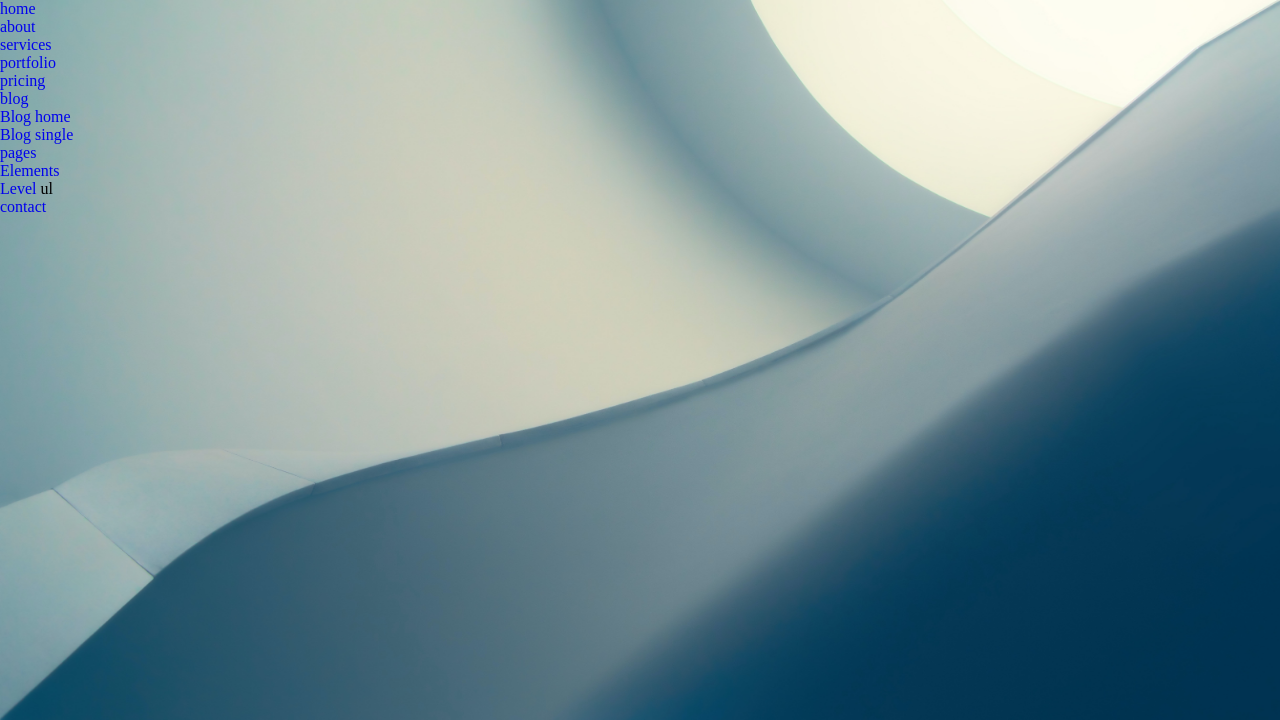
Repository: mdaj6804gmail/1-page-web-theme
Page: project 4/index.html
The author's editor kept a copy of each file at every save. The page is drawn from the files as they stood at one save, then again after a run of saves.
The browser window is 1280 px wide. The pictures show the whole page.

Above is the page before, as saved 2022-12-18 18:36:59.

After the next 5 saves:
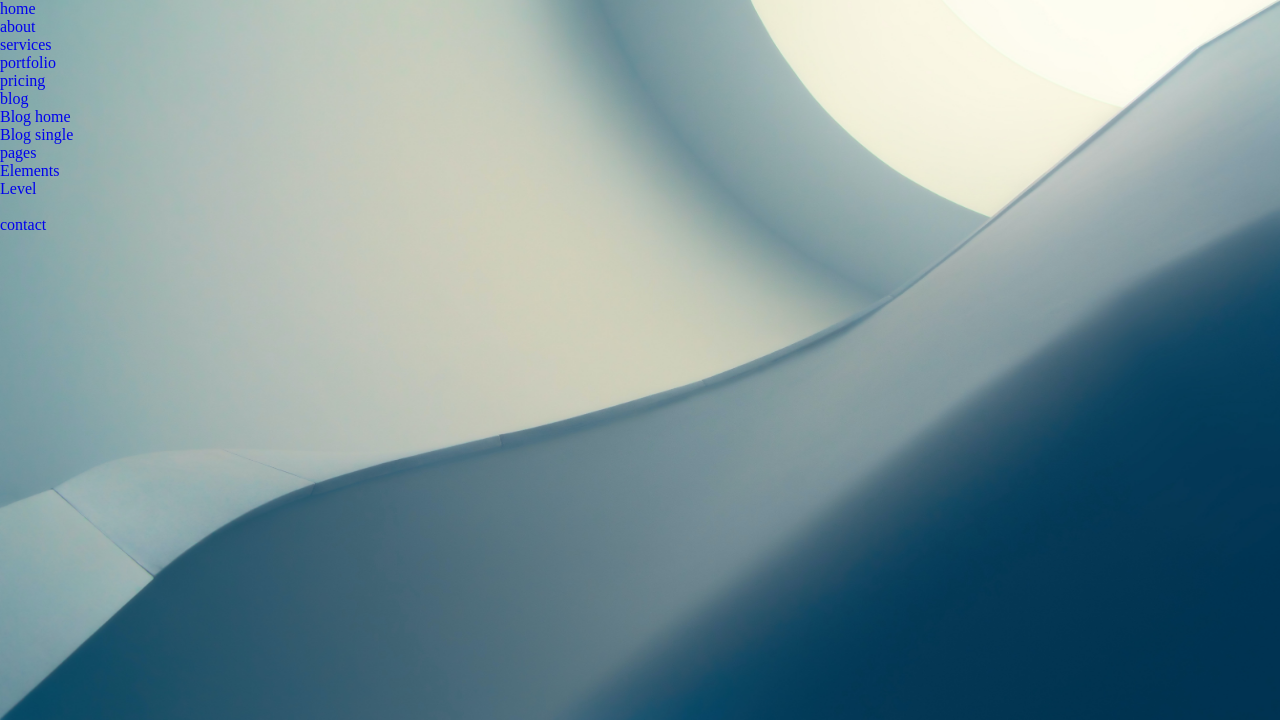
The 5 saves are shown as one change because they came seconds apart.
The last was saved 10 s later.
--- a/project 4/index.html
+++ b/project 4/index.html
@@ -27,7 +27,9 @@
                      <ul>
                         <li><a href="#">Elements</a></li>
                         <li><a href="#">Level</a>
-                        ul
+                        <ul>
+                            <li><a href="#"></a></li>
+                        </ul>
                         </li>
                      </ul>
                 </li>
